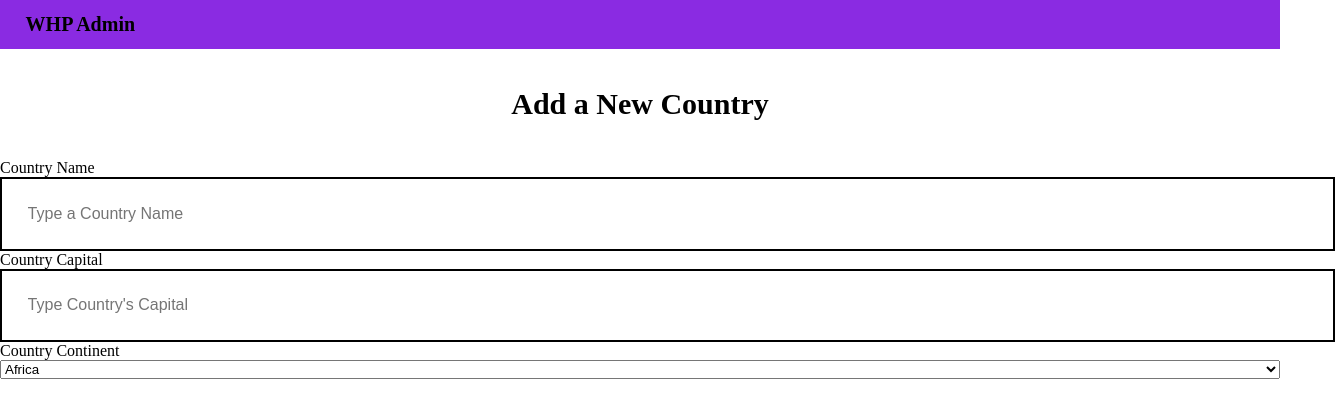
Repository: sabinaPetrisor/World_Hour_Project
Page: http://localhost/WorldHourProject/jsp/add-country.jsp
An editor plug-in stored every save of this project. The page is shown before and after the next save, followed by the edit.
The browser window is 1280 px wide. The page is 1335 px wide, then 1280 px, so the pictures cover 1335 px, including what lies to the right of the window. The pictures show the whole page.
The page is served by Tomcat 9.

Above is the page before, as saved 2023-08-04 12:56:11.

After the next save:
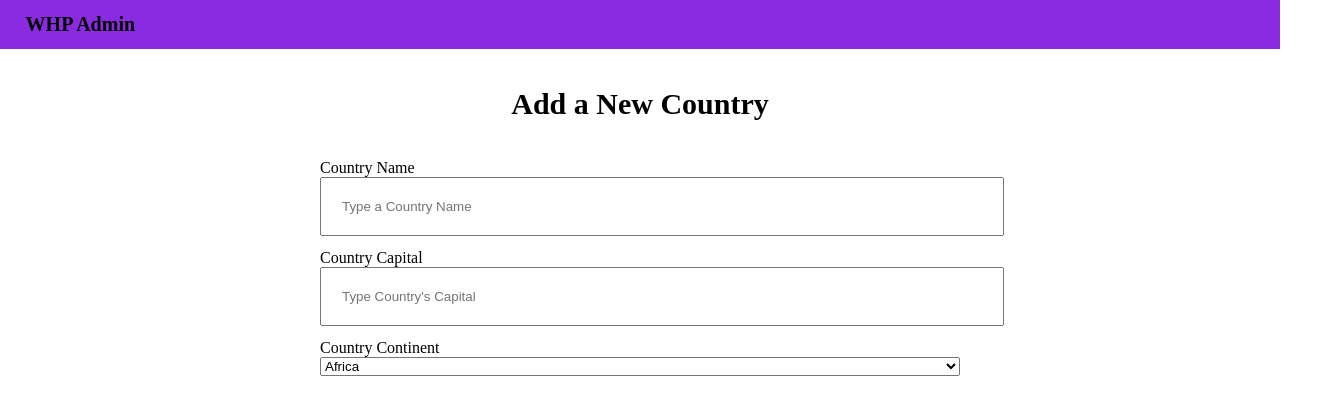
Saved 6 s later.
--- a/WorldHourProject/src/main/webapp/jsp/add-country.jsp
+++ b/WorldHourProject/src/main/webapp/jsp/add-country.jsp
@@ -7,7 +7,7 @@
 	<title>World Hour Project Add Country</title>
 	<style> <%@include file="../css/navbar.css" %> </style>
 	<style> <%@include file="../css/admin.css" %> </style>
-	<style> <%@include file="../css/index.css" %> </style>
+	<style> <%@include file="../css/add-page-admin.css" %> </style>
 </head>
 <body>
 	<%@include file="navbar.jsp" %>
